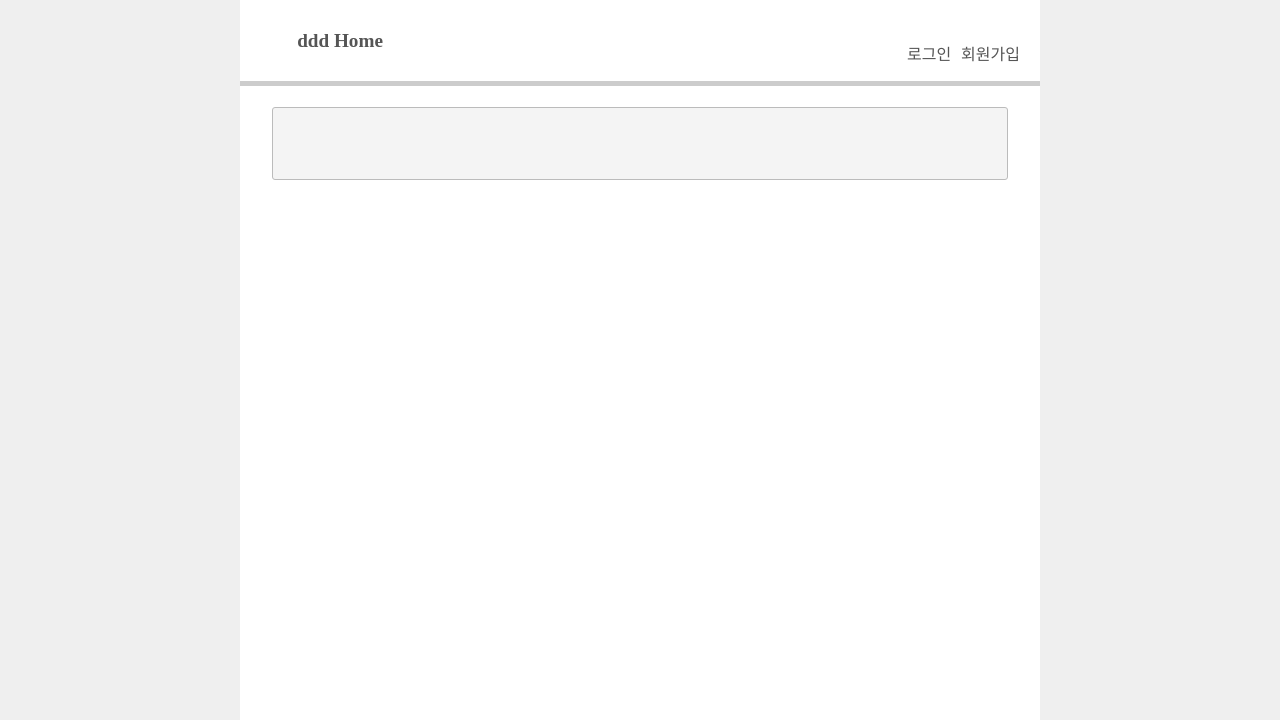
Repository: Deneb0000/JSP
Page: http://localhost/jspPro/days03/ex02.jsp
The author's editor kept a copy of each file at every save. The page is drawn from the files as they stood at one save, then again after the next save.
The browser window is 1280 px wide. The pictures show the whole page.
Some web fonts or font styles are not loaded; a fallback is used. The page is served by Tomcat 9.

Above is the page before, as saved 2024-10-17 01:39:35.

After the next save:
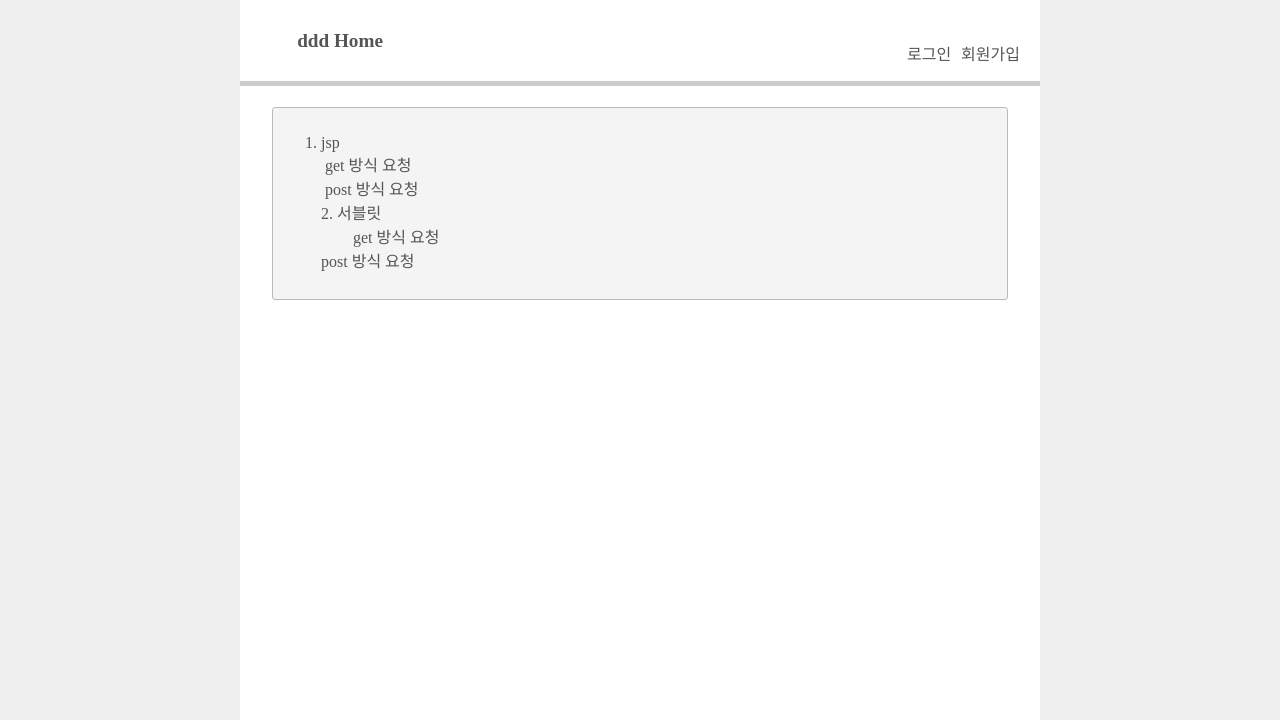
Saved 113 s later.
--- a/jspPro/src/main/webapp/days03/ex02.jsp
+++ b/jspPro/src/main/webapp/days03/ex02.jsp
@@ -26,7 +26,12 @@
 </header>
 <div>
   <xmp class="code">
-
+    1. jsp
+    	 get 방식 요청
+    	 post 방식 요청
+   	2. 서블릿
+   		get 방식 요청
+    	post 방식 요청
   </xmp>
 </div>
 </body>
